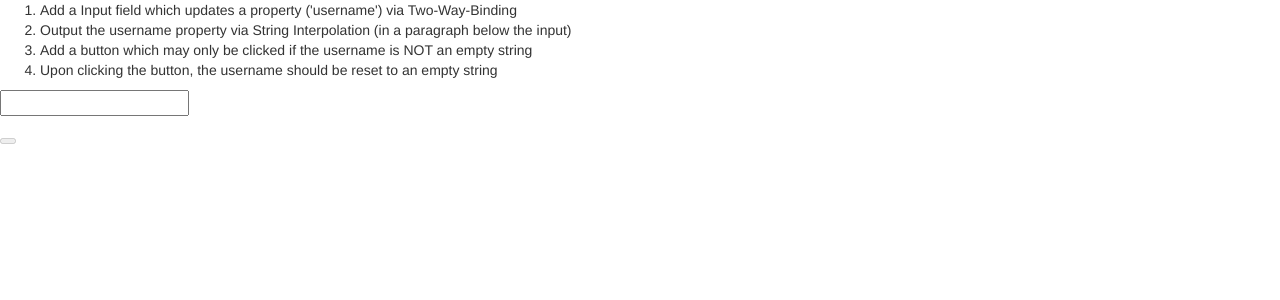
Repository: warrior1803-wang/Angular-Practices
Page: /
An editor plug-in stored every save of this project. The page is shown before and after the next save, followed by the edit.
The browser window is 1280 px wide. The pictures show the whole page.
The project was rebuilt for these pictures with package versions that can differ from the ones it lists, and the page was loaded fresh each time. Also part of the build but not shown: angular.json.

Above is the page before, as saved 2022-11-01 22:08:21.

### src/app/app.component.ts
import { Component } from '@angular/core';

@Component({
  selector: 'app-root',
  templateUrl: './app.component.html',
  styleUrls: ['./app.component.css']
})
export class AppComponent {
  username = ""
}

### src/app/app.component.html
<ol>
  <li>Add a Input field which updates a property ('username') via Two-Way-Binding</li>
  <li>Output the username property via String Interpolation (in a paragraph below the input)</li>
  <li>Add a button which may only be clicked if the username is NOT an empty string</li>
  <li>Upon clicking the button, the username should be reset to an empty string</li>
</ol>
<input type="text"
[(ngModel)]="username">
<p>{{username}}</p>
<button [disabled]="!username"></button>

Loaded but not shown: src/index.html (common file); src/styles.css (common file); src/main.ts (common file); src/app/app.module.ts (common file); src/environments/environment.ts (common file); src/app/app.component.css (no stored copy; drawn as an empty file)

After the next save:
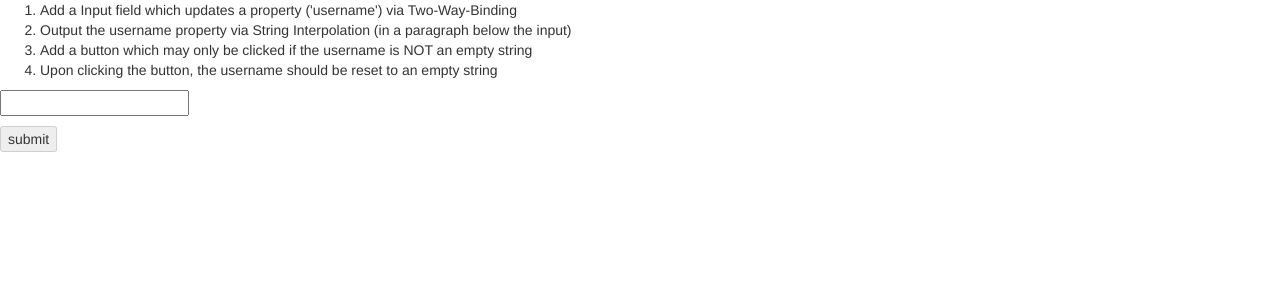
Saved 23 s later.
--- a/src/app/app.component.html
+++ b/src/app/app.component.html
@@ -7,4 +7,4 @@
 <input type="text"
 [(ngModel)]="username">
 <p>{{username}}</p>
-<button [disabled]="!username"></button>
+<button [disabled]="!username">submit</button>
